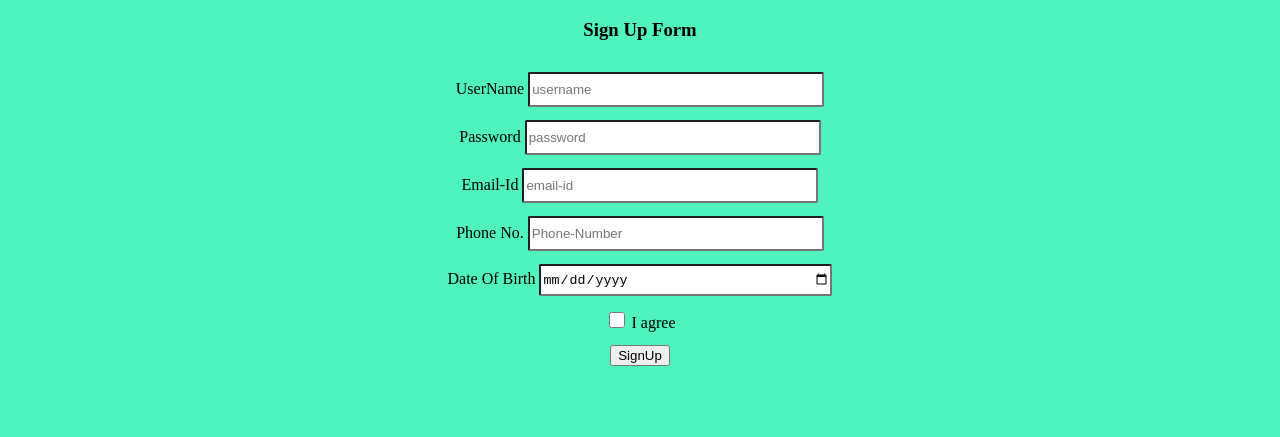
Repository: nir-github01/Html
Page: assign1-signup.html
An editor plug-in stored every save of this project. The page is shown before and after the next save, followed by the edit.
The browser window is 1280 px wide. The pictures show the whole page.

Above is the page before, as saved 2022-09-28 20:27:38.

### assign1-signup.html
<!DOCTYPE html>
<html lang="en">
<head>
    <meta charset="UTF-8">
    <meta http-equiv="X-UA-Compatible" content="IE=edge">
    <meta name="viewport" content="width=device-width, initial-scale=1.0">
    <title>sign-up form</title>
    <style>
        body{
            background-color: rgb(80, 243, 189);
            text-align: center;
        }
        .signup-div{
            padding: 5px;
            margin: 3px;
        }
        .username{
            padding: 5px;
            margin: 3px;
        }
        .password{
            padding: 5px;
            margin: 3px;
        }
        .email-input{
            padding: 5px;
            margin: 3px;
        }
        .phone-input{
            padding: 5px;
            margin: 3px;
        }
        .date-input{
            padding: 5px;
            margin: 3px;
        }
        .check-input{
            padding: 5px;
            margin: 3px;
        }
        .button-input{
            padding: 5px;
            margin: 3px;
        }
        input{
            width: 18rem;
            height: 1.8rem;
            border-radius: 2px;
        }
        input[type="checkbox"]{
            width: 1rem;
            height: 1rem;
        }
        input:hover{
          border-color: rgb(180, 238, 238);

        }
    </style>
</head>
<body>
    <div>
        <h3>Sign Up Form </h3>
        <div class="signup-div">
            <form>
                <div class="username">
                    <label>UserName</label>
                    <input type="text" value="" placeholder="username">
                </div>
                <div class="password">
                    <label>Password</label>
                    <input type="number" value="" placeholder="password">
                </div>
                <div class="email-input">
                    <label>Email-Id</label>
                    <input type="email" value="" placeholder="email-id">
                </div>
                <div class="phone-input">
                    <label>Phone No.</label>
                    <input type="number" value="" placeholder="Phone-Number">
                </div>
                <div class="date-input">
                    <label>Date Of Birth</label>
                    <input type="date" value="" placeholder="Date of Birth">
                </div>
                <div class="check-input">

                    <input type="checkbox" value="" name="agree">
                    <label>I agree </label>
                </div>
                <div class="button-input">
                    <button>SignUp</button>
                </div>
            </form>
        </div>
    </div>
</body>
</html>

After the next save:
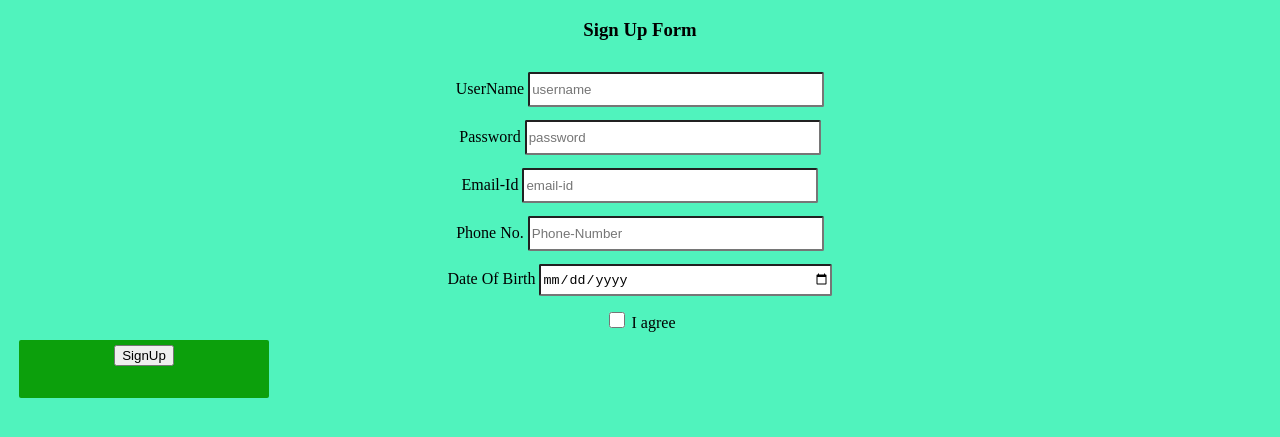
Saved 2 min 7 s later.
--- a/assign1-signup.html
+++ b/assign1-signup.html
@@ -55,6 +55,12 @@
           border-color: rgb(180, 238, 238);
 
         }
+        .button-input{
+            width: 15rem;
+            height: 3rem;
+            background-color: rgb(12, 160, 12);
+            border-radius: 2px;
+        }
     </style>
 </head>
 <body>

After the 2 saves that followed:
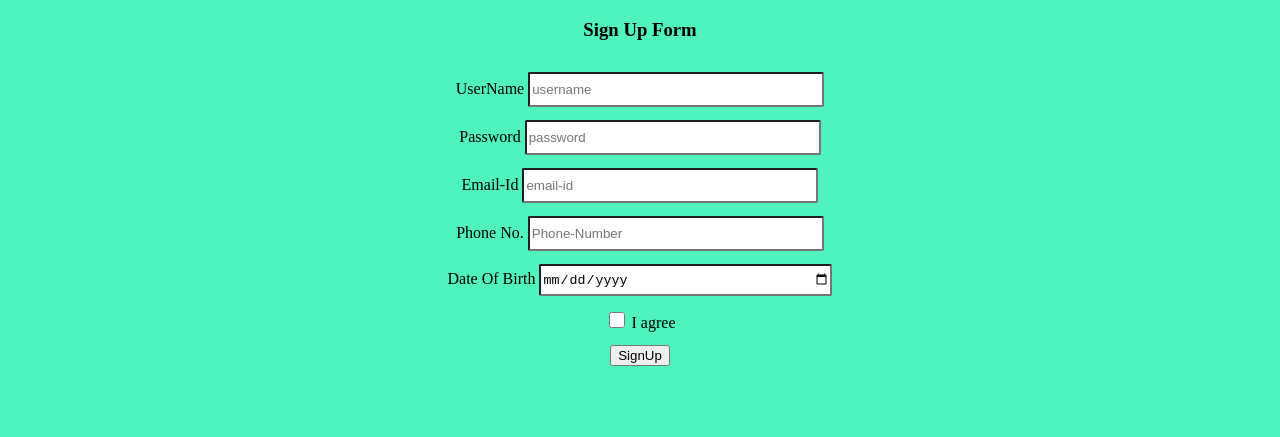
The 2 saves are shown as one change because 1 left the picture as it was.
The last was saved 67 s later.
--- a/assign1-signup.html
+++ b/assign1-signup.html
@@ -41,6 +41,7 @@
         .button-input{
             padding: 5px;
             margin: 3px;
+
         }
         input{
             width: 18rem;
@@ -55,12 +56,7 @@
           border-color: rgb(180, 238, 238);
 
         }
-        .button-input{
-            width: 15rem;
-            height: 3rem;
-            background-color: rgb(12, 160, 12);
-            border-radius: 2px;
-        }
+
     </style>
 </head>
 <body>
